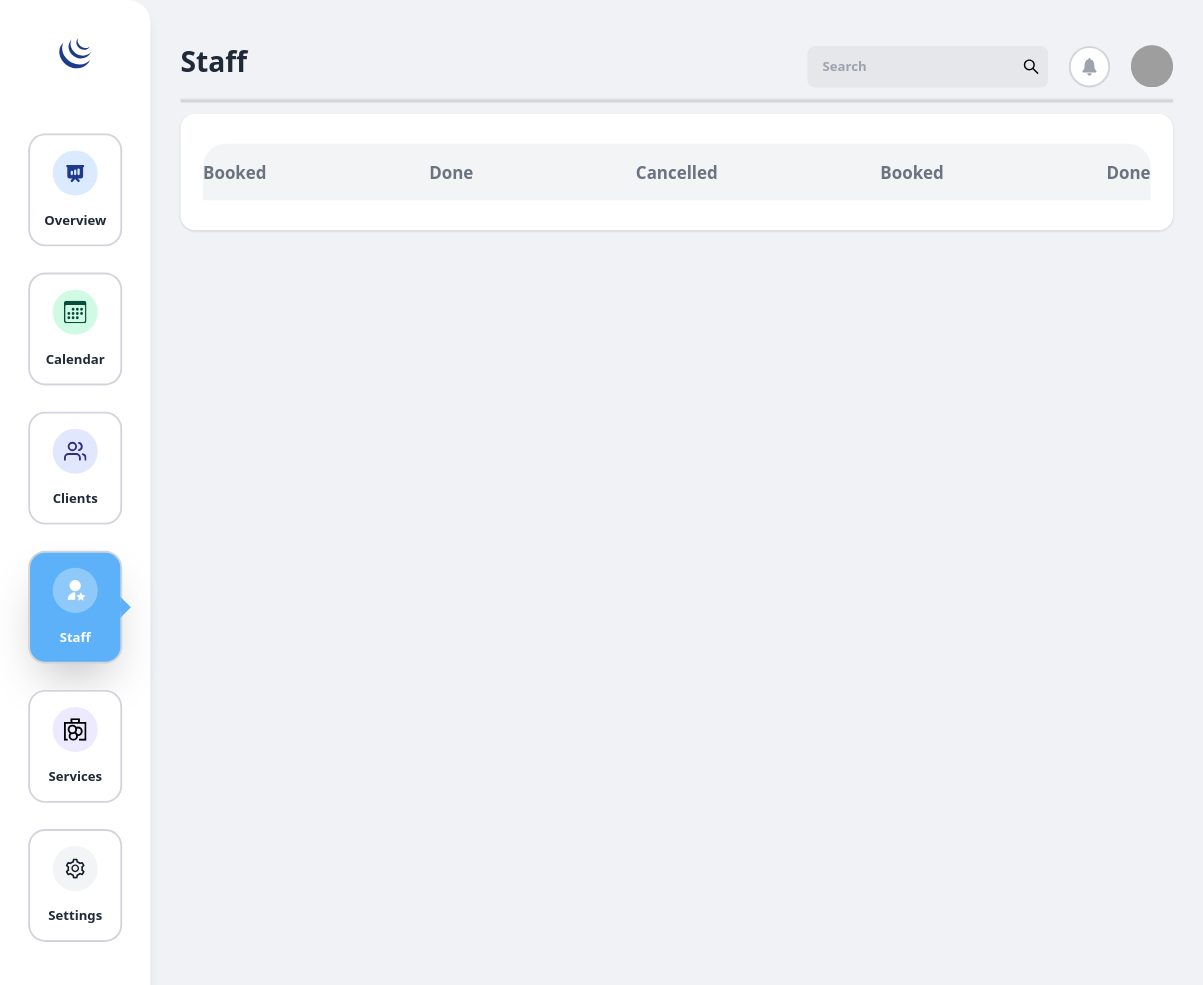
Repository: coolronts/dashboard
Page: /staff
An editor plug-in stored every save of this project. The page is shown before and after the next save, followed by the edit.
The browser window is 1280 px wide. The pictures show the whole page, at 94% of full size.
Pictures or frames that could not be fetched are drawn as grey boxes. The project was rebuilt for these pictures with package versions that can differ from the ones it lists, and the page was loaded fresh each time. Also part of the build but not shown: craco.config.js, src/Components/Tags/index.tsx, src/Utils/avatar.ts, src/api/Profile.ts, src/Units/Client/Profile/index.tsx, src/Units/Client/index.ts, src/Units/Client/Section/Left/index.tsx, src/Components/DropDown/index.tsx and 29 more.

Above is the page before, as saved 2021-11-29 10:23:27.

### src/index.tsx
import './index.css';

import App from './App';
import React from 'react';
import ReactDOM from 'react-dom';

ReactDOM.render(
  <React.StrictMode>
    <App />
  </React.StrictMode>,
  document.getElementById('root')
);

### src/App.tsx
import "./App.css";

import { BrowserRouter, Route, Routes } from "react-router-dom";
import { Client, Overview, Staff } from "./Pages";

import { LeftDrawer } from "./Units/Shared";
import { SectionHeader } from "./Units/Shared";

function App() {
  const styles = {
    leftDrawer: "bg-white px-8 rounded-tr-3xl py-8 w-42 shadow-lg",
  };
  return (
    <BrowserRouter>
      <div className="App flex">
        <div className={styles.leftDrawer}>
          <LeftDrawer />
        </div>
        <div className="w-full mx-8">
          <SectionHeader />
          <Routes>
            <Route path="/" element={<Overview />} />
            <Route path="/overview" element={<Overview />} />
            <Route path="/clients" element={<Client />} />
            <Route path="/staff" element={<Staff />} />
          </Routes>
        </div>
      </div>
    </BrowserRouter>
  );
}

export default App;

### src/App.css
* {
    margin: 0;
    padding: 0;
}

.App {
    background-color: #F0F2F5;
}

### src/Pages/index.tsx
import Client from "./Client";
import Overview from "./Overview";
import Staff from "./Staff";

export { Overview, Client, Staff };

### src/Units/Shared/index.tsx
import LeftDrawer from './LeftDrawer'
import SectionHeader from './SectionHeader'

export {SectionHeader, LeftDrawer}

### src/Pages/Staff/index.tsx
import Card from "../../Components/Card";
import Table from "../../Components/Table";

const Staff: React.FC = () => {
  return (
    <div>
      <Card
        Element={
          <Table
            isHeader={true}
            headings={["booked", "done", "cancelled", "booked", "done"]}
          />
        }
      />
    </div>
  );
};
export default Staff;

### src/Units/Shared/LeftDrawer/index.tsx
import {
  Calendar,
  Clients,
  Overview,
  Services,
  Settings,
  Staff,
} from "../../../Components/Icons";

import { CompanyLogo } from "../../../Components/Icons";
import Logo from "../../../Components/Logo";

const LeftDrawer: React.FC = () => {
  const styles = {
    CompanyLogo: "text-5xl text-blue-900 w-full mb-12",
    menu: "flex flex-col justify-between bg-blue.primary",
  };
  const icons = [
    { Icon: <Overview />, name: "overview", color: "blue" },
    { Icon: <Calendar />, name: "calendar", color: "green" },
    { Icon: <Clients />, name: "clients", color: "indigo" },
    { Icon: <Staff />, name: "staff", color: "red" },
    { Icon: <Services />, name: "services", color: "purple" },
    { Icon: <Settings />, name: "settings", color: "gray" },
  ];

  return (
    <div className="m-auto">
      <CompanyLogo className={styles.CompanyLogo} />
      <div className={styles.menu}>
        {icons.map((icon) => (
          <Logo
            Icon={icon.Icon}
            name={icon.name}
            color={icon.color}
            key={icon.name}
          />
        ))}
      </div>
    </div>
  );
};

export default LeftDrawer;

### src/Units/Shared/SectionHeader/index.tsx
import { useEffect, useState } from "react";

import Avatar from "../../../Components/Avatar";
import { Notifications } from "../../../Components/Icons";
import { RoundIcon } from "../../../Components/Buttons";
import { SearchBox } from "../../../Components/InputBox";
import { useLocation } from "react-router-dom";

const SectionHeader: React.FC = () => {
  const styles = {
    body: "flex justify-between mt-12",
    heading: "text-3xl text-gray-800 font-bold capitalize",
    leftComponent: "flex items-center justify-around",
  };
  const location = useLocation();

  const [header, setHeader] = useState<string>("");

  useEffect(() => {
    setHeader(location.pathname.substr(1, location.pathname.length));
  }, [location]);

  return (
    <>
      <div className={styles.body}>
        <h1 className={styles.heading}>{header}</h1>
        <div className={styles.leftComponent}>
          <SearchBox />
          <RoundIcon Icon={<Notifications />} />
          <Avatar />
        </div>
      </div>
      <hr className="bg-gray-300 h-1 my-3" />
    </>
  );
};

export default SectionHeader;

### src/Components/Card/index.tsx
import { ReactNode } from "react";

interface CardProps {
  size?: string;
  Element: ReactNode;
  isHeader?: boolean;
  title?: string;
  subtitle?: string;
}

const Card: React.FC<CardProps> = ({
  size,
  Element,
  isHeader = false,
  title,
  subtitle,
}) => {
  const styles = {
    body: `bg-white px-6 py-8 rounded-2xl shadow ${
      size === "sm" ? "w-3/6" : "w-full"
    }`,
    header: "font-semibold font-sans px-4",
    title: "tracking-tighter text-xl text-gray-700 capitalize",
    subtitle: "text-md text-gray-400",
  };
  return (
    <div className={styles.body}>
      {isHeader && (
        <div className={styles.header}>
          <p className={styles.title}>{title}</p>
          <p className={styles.subtitle}>{subtitle}</p>
        </div>
      )}
      {Element}
    </div>
  );
};

export default Card;

### src/Components/Table/index.tsx
interface TableProps {
  isHeader?: boolean;
  headings?: string[];
  data?: any[];
}
const Table: React.FC<TableProps> = ({ isHeader = false, headings, data }) => {
  const styles = {
    header: "flex justify-between bg-gray-100 py-4 rounded-t-3xl font-sans",
    column: `text-center`,
    columnTitle: "text-lg text-gray-500 capitalize font-semibold",
    row: `flex text-sm items-center justify-between font-semibold font-sans tracking-tight py-3`,
  };

  return (
    <div>
      {isHeader && headings && (
        <div className={styles.header}>
          {headings.map((item, i) => (
            <div className="" key={i}>
              <p className={styles.columnTitle}>{item}</p>
            </div>
          ))}
        </div>
      )}
    </div>
  );
};

export default Table;

### src/Components/Icons/index.tsx
import { BsArrowDownShort, BsCalendar3 } from "react-icons/bs";

import { AiOutlineSearch } from "react-icons/ai";
import { AiOutlineSetting } from "react-icons/ai";
import { BiDownload } from "react-icons/bi";
import { BiShowAlt } from "react-icons/bi";
import { DiJqueryLogo } from "react-icons/di";
import { FiArrowUpRight } from "react-icons/fi";
import { FiUsers } from "react-icons/fi";
import { GrBusinessService } from "react-icons/gr";
import { HiPresentationChartBar } from "react-icons/hi";
import { ImArrowRight } from "react-icons/im";
import { IoIosNotifications } from "react-icons/io";
import { RiUserStarFill } from "react-icons/ri";

export {
  HiPresentationChartBar as Overview,
  BsCalendar3 as Calendar,
  FiUsers as Clients,
  RiUserStarFill as Staff,
  GrBusinessService as Services,
  AiOutlineSetting as Settings,
  ImArrowRight as ArrowRight,
  DiJqueryLogo as CompanyLogo,
  AiOutlineSearch as Search,
  IoIosNotifications as Notifications,
  FiArrowUpRight as ArrowUpRight,
  BsArrowDownShort as ArrowDown,
  BiShowAlt as Show,
  BiDownload as Download,
};

### src/Components/Logo/index.tsx
import { useEffect, useState } from "react";

import { ArrowRight } from "../Icons";
import { Link } from "react-router-dom";
import { useLocation } from "react-router-dom";

interface IconProps {
  Icon: React.ReactNode;
  name: string;
  color: string;
}

const Logo: React.FC<IconProps> = ({ Icon, name, color }) => {
  const location = useLocation();
  const [active, setActive] = useState<string>("");

  useEffect(() => {
    setActive(location.pathname.substr(1, location.pathname.length));
    console.log(active, name);
    console.log(color);
  }, [location, active, name, color]);

  const styles = {
    body: `${
      active === name ? "bg-blue-primary shadow-2xl" : "bg-white"
    } relative group my-4 text-2xl px-12 py-4 bg-white ring-2 ring-gray-300 w-20 rounded-2xl flex flex-col items-center justify-around hover:bg-blue-primary hover:shadow-2xl cursor-pointer `,
    name: `${
      active === name ? "text-white" : "text-gray-800"
    } group-hover:text-white capitalize text-sm font-semibold mt-4`,
    icon: `${
      active === name
        ? "bg-blue-primary text-white"
        : `bg-${color}-100 text-${color}-900`
    } rounded-full p-3 group-hover:bg-blue-primary group-hover:text-white`,
    arrowRight: `${
      active === name ? "text-blue-primary" : "text-transparent"
    } absolute -right-3 text-transparent`,
    overlay: `${
      active === name ? "opacity-30 " : "opacity-0"
    } absolute bg-white w-12 h-12 rounded-full top-4 group-hover:opacity-30`,
  };

  return (
    <Link to={`/${name}`}>
      <div className={styles.body}>
        <div className={styles.overlay} />
        <div className={styles.icon}> {Icon} </div>
        <p className={styles.name}> {name} </p>
        <ArrowRight className={styles.arrowRight} />
      </div>
    </Link>
  );
};

export default Logo;

### src/Components/Avatar/index.tsx
interface AvatarProps {
  img?: string;
  radius?: number;
}
const imgLink="https://images.unsplash.com/photo-1472099645785-5658abf4ff4e?ixlib=rb-1.2.1&ixid=eyJhcHBfaWQiOjEyMDd9&auto=format&fit=facearea&facepad=2&w=256&h=256&q=80"

const Avatar: React.FC<AvatarProps> = ({ img = imgLink, radius =45 }) => {
  const styles = {
    avatar:`inline-block rounded-full cursor-pointer`
  }
  return (
    <div>
      <img
        style={{width:radius, height:radius}}
        className={styles.avatar}
        src={img}
        alt="avatar"
      />
    </div>
  )
}

export default Avatar

### src/Components/Buttons/index.tsx
interface RoundIconButtonProps {
  Icon: React.ReactNode;
}

const RoundIcon: React.FC<RoundIconButtonProps> = ({ Icon }) => {
  const styles = {
    icon: "ring-2 flex items-center justify-center ring-gray-300 text-2xl w-10 h-10 font-bold p-2 bg-white rounded-full mx-6 shadow text-gray-400 cursor-pointer hover:shadow-2xl",
  };
  return (
    <div className={styles.icon}>
      <div className="m-auto">{Icon}</div>
    </div>
  );
};

interface PrimaryProps {
  name: string;
}

const Primary: React.FC<PrimaryProps> = ({ name }) => {
  const styles = {
    body: "text-center font-semibold w-64 py-3 bg-blue-500 rounded-xl mx-6 shadow text-white cursor-pointer hover:shadow-2xl",
    name: " ",
  };
  return (
    <div className={styles.body}>
      <p className={styles.name}>{name}</p>
    </div>
  );
};

export { Primary, RoundIcon };

### src/Components/InputBox/index.tsx
import {Search} from '../Icons'

const SearchBox: React.FC = () => {
  const styles = {
    body: "relative",
    textBox: "bg-gray-200 w-64 rounded-lg py-3 px-4 font-semibold text-sm focus:ring-2 ring-gray-600 outline-none",
    searchIcon: "absolute right-2 top-3 text-xl"
  }

  return (
    <div className={styles.body}>
      <input className={styles.textBox} type="text" placeholder="Search" />
      <Search className={styles.searchIcon}/>
    </div>
  )
}

interface dataProps{
  label: string,
  text: string,
}

const DisabledInputWithLabel: React.FC<dataProps> = ({ label, text }) => {
  const styles = {
    body: "bg-gray-200 w-full rounded-2xl py-3 px-4 font-semibold text-sm focus:ring-2 ring-gray-600 outline-none",
    label: "text-gray-500 capitalize",
    searchIcon: "absolute right-2 top-3 text-xl"
  }

  return (
    <div className={styles.body}>
      <p className={styles.label}>{label}</p>
      <p > {text}</p>
    </div>
  )
}

export {DisabledInputWithLabel, SearchBox}

### tailwind.config.js
module.exports = {
    purge: ["./src/**/*.{js,jsx,ts,tsx}", "./public/index.html"],
    darkMode: false, // or 'media' or 'class'
    theme: {
        extend: {
            colors: {
                blue: {
                    primary: "#5DB1F8",
                    secondary: "#38A3FF",
                    tertiary: "#1D90F3",
                },
            },
        },
    },
    variants: {
        extend: {},
    },
    plugins: [],
};

Loaded but not shown: public/index.html (common file); src/index.css (common file)

After the next save:
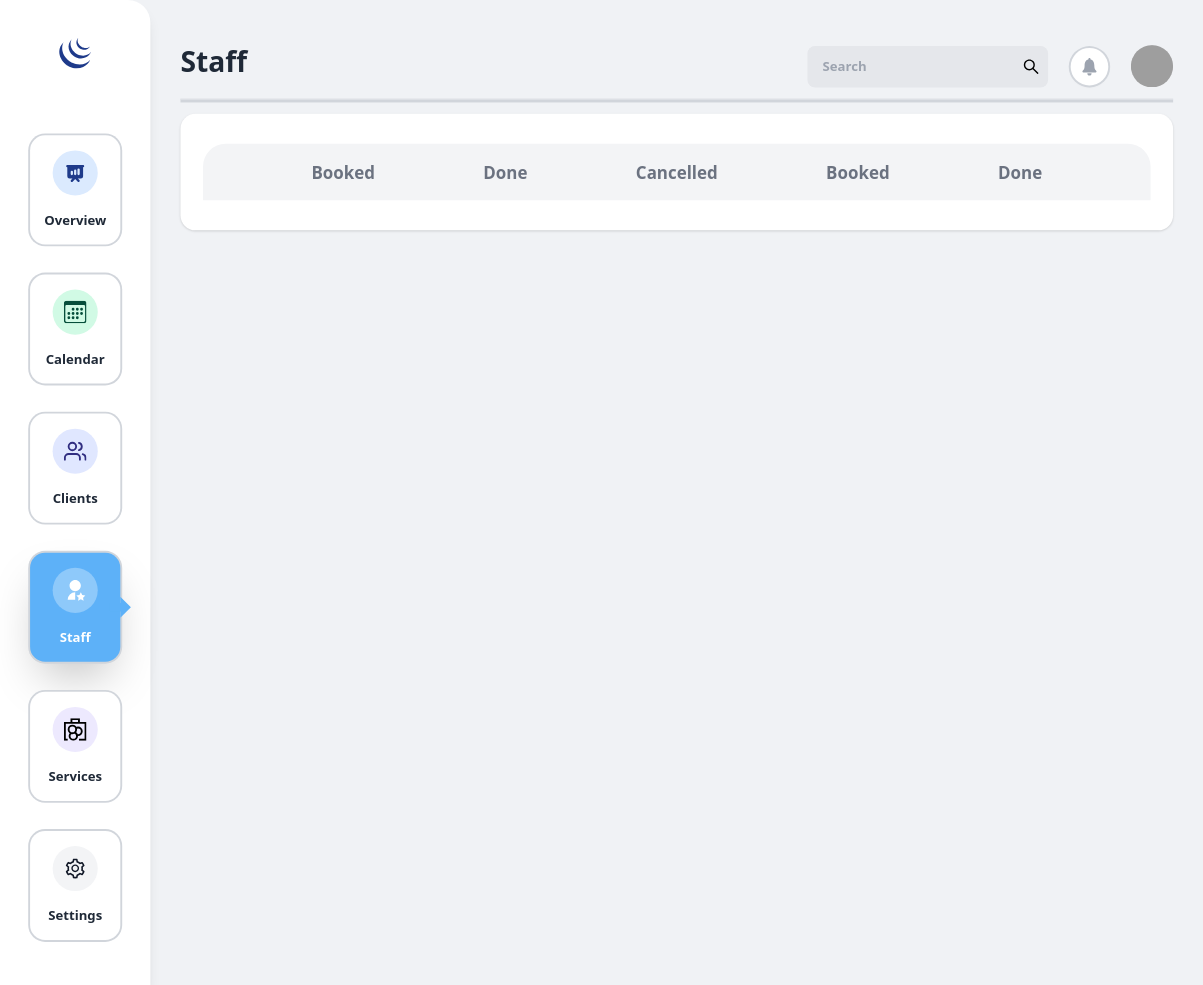
Saved 93 s later.
--- a/src/Components/Table/index.tsx
+++ b/src/Components/Table/index.tsx
@@ -5,7 +5,7 @@ interface TableProps {
 }
 const Table: React.FC<TableProps> = ({ isHeader = false, headings, data }) => {
   const styles = {
-    header: "flex justify-between bg-gray-100 py-4 rounded-t-3xl font-sans",
+    header: "flex justify-evenly bg-gray-100 py-4 rounded-t-3xl font-sans",
     column: `text-center`,
     columnTitle: "text-lg text-gray-500 capitalize font-semibold",
     row: `flex text-sm items-center justify-between font-semibold font-sans tracking-tight py-3`,
